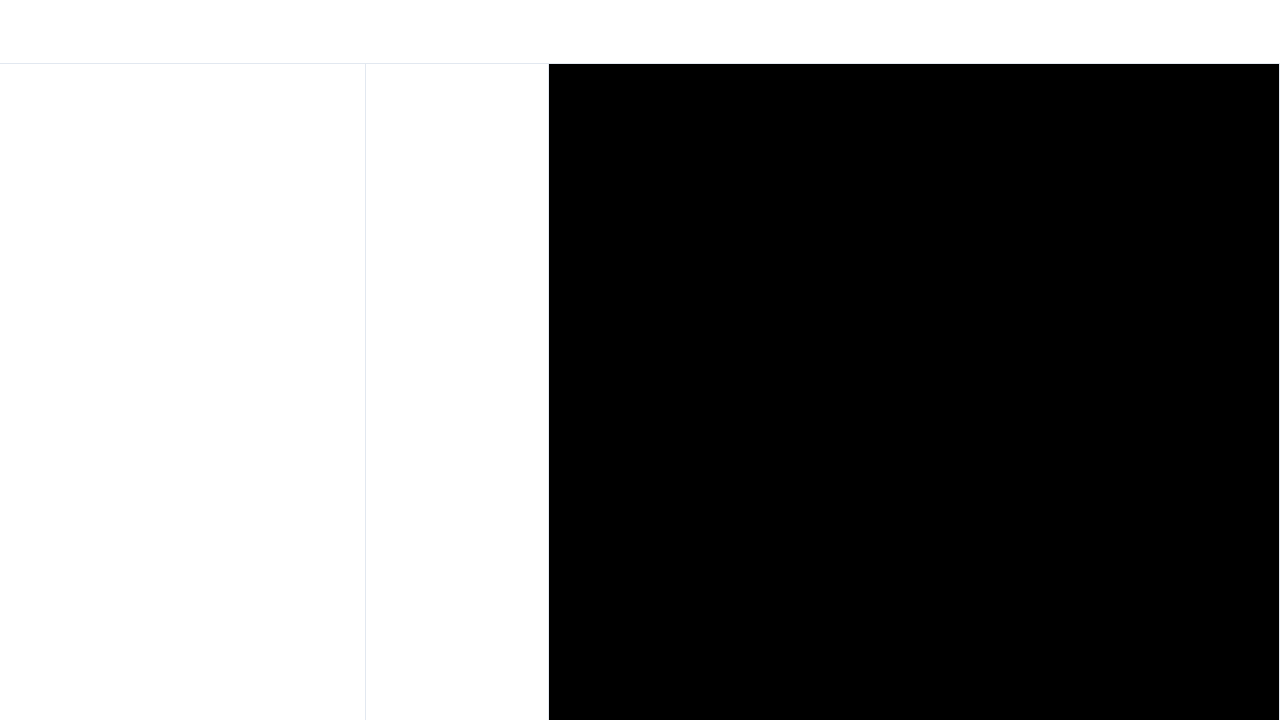
Repository: VictorJPimentel/Resume-Matcher
Page: / (app in frontend/)
The author's editor kept a copy of each file at every save. The page is drawn from the files as they stood at one save, then again after a run of saves.
The browser window is 1280 px wide. The pictures show the whole page.
The project was rebuilt for these pictures with package versions that can differ from the ones it lists, and the page was loaded fresh each time. Also part of the build but not shown: frontend/src/components/FileUpload.jsx.

Above is the page before, as saved 2022-08-09 20:01:59.

After the next 3 saves:
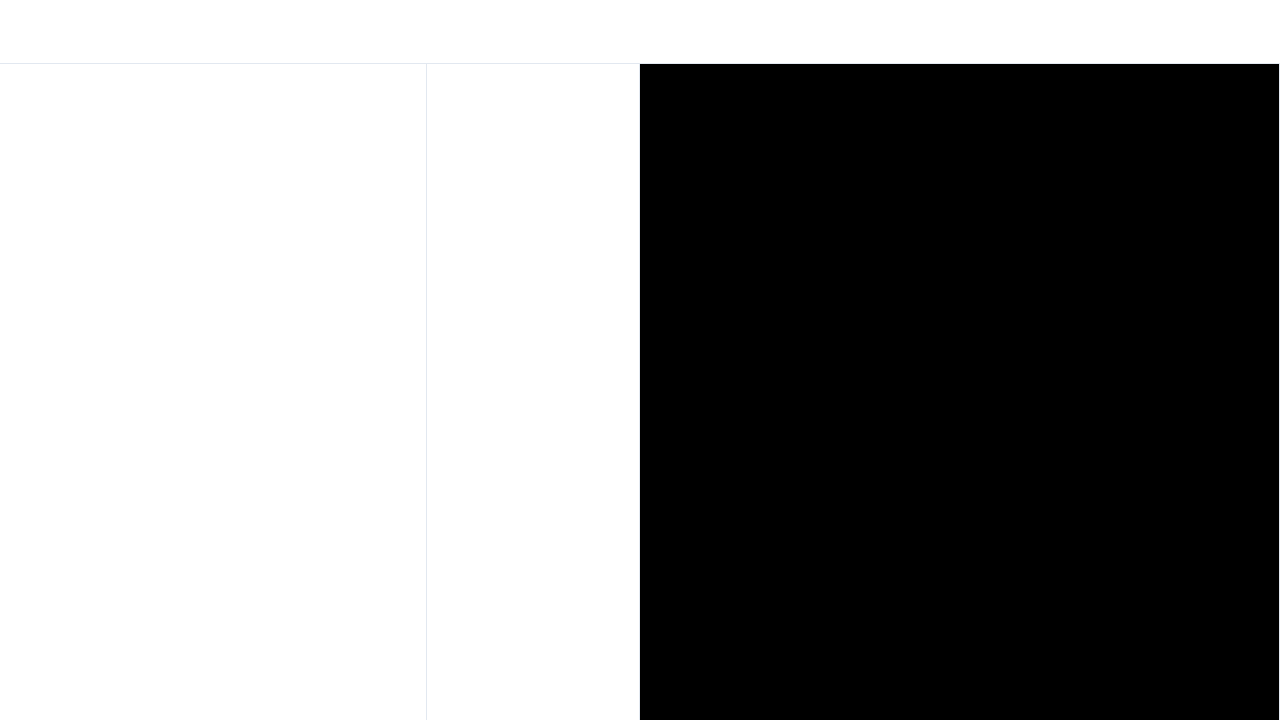
The 3 saves are shown as one change because they came seconds apart.
The last was saved 22 s later.
--- a/frontend/src/components/Resume.jsx
+++ b/frontend/src/components/Resume.jsx
@@ -3,7 +3,7 @@ import React, { useState, useEffect, useRef } from "react";
 function Resume() {
   return (
     <div
-      className="flex flex-col z-40 left-0 top-0 h-full no-scrollbar w-4/6 border-r border-slate-200 bg-black
+      className="flex flex-col z-40 left-0 top-0 h-full no-scrollbar w-3/6 border-r border-slate-200 bg-black
        "
     ></div>
   );
